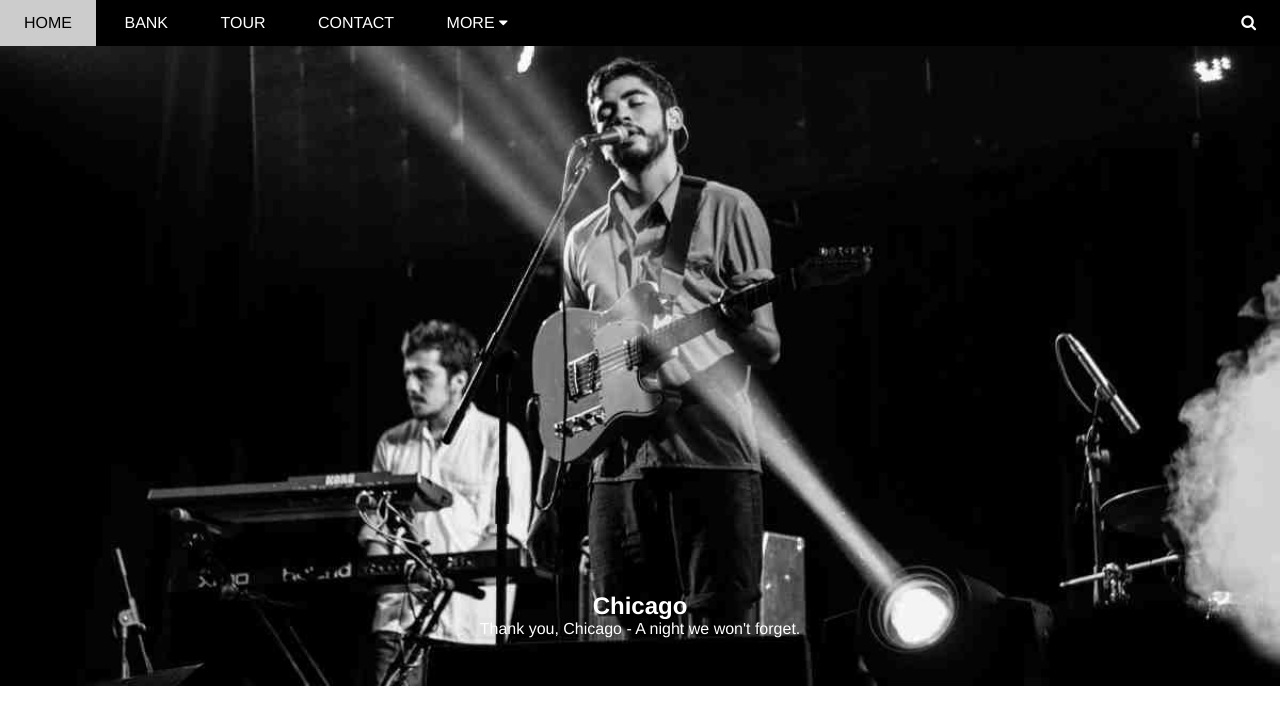
Repository: vuongtm1999/TheBand_W3School
Page: index.html
An editor plug-in stored every save of this project. The page is shown before and after the next save, followed by the edit.
The browser window is 1280 px wide. The pictures show the whole page.

Above is the page before, as saved 2022-08-25 10:58:19.

After the next save:
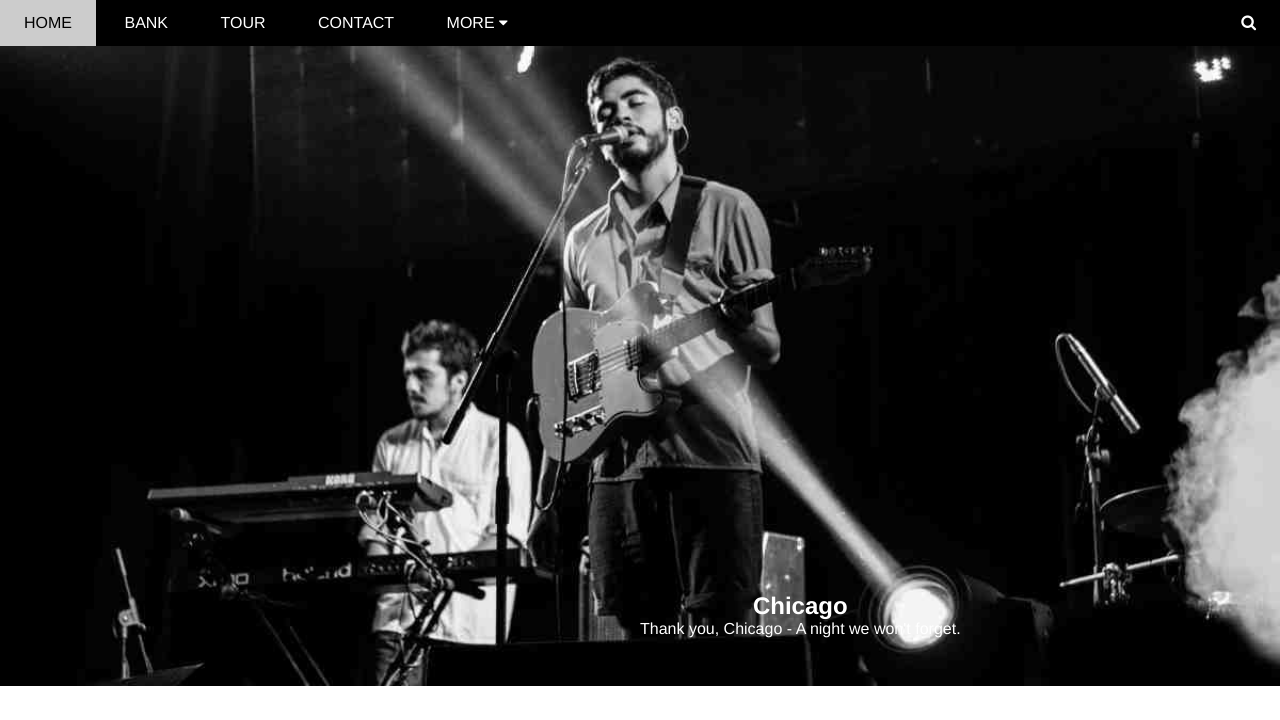
Saved 7 s later.
--- a/assets/css/style.css
+++ b/assets/css/style.css
@@ -122,7 +122,7 @@
     color: white;
     bottom: 48px;
     left: 50%;
-    transform: translateX(-50%);
+    /* transform: translateX(-50%); */
     text-align: center;
 }
 

After the save that followed:
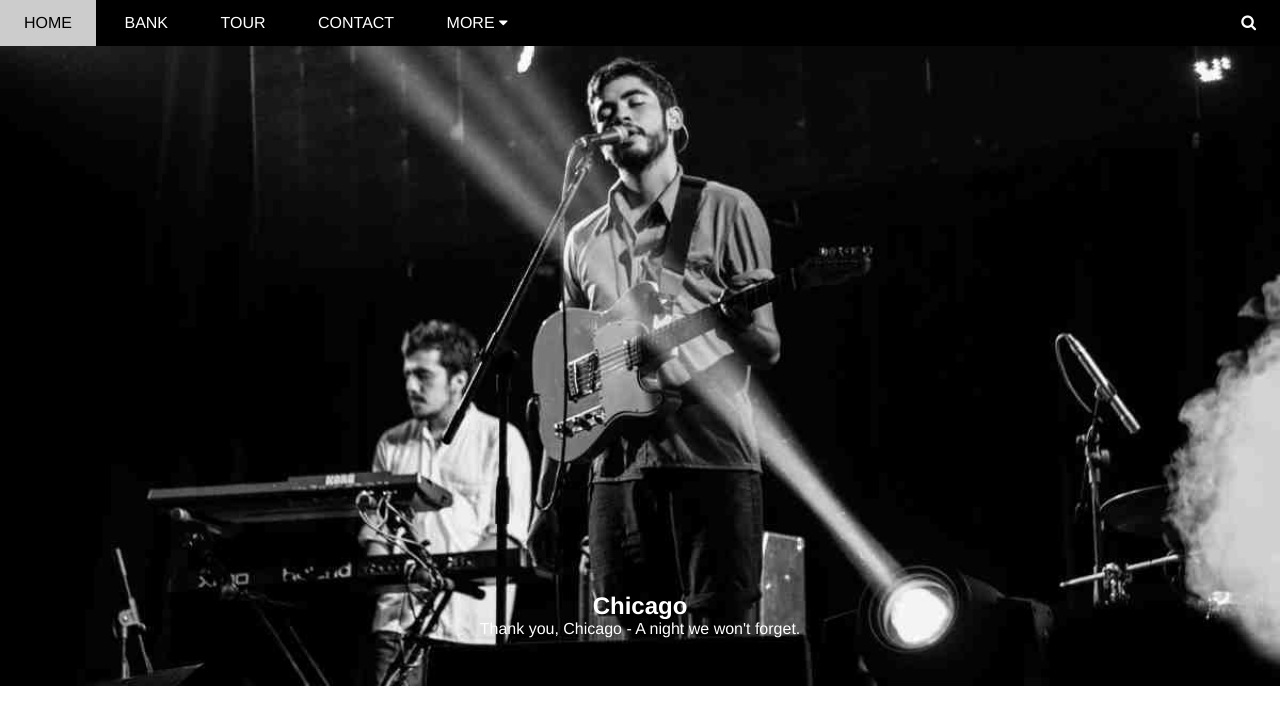
Saved 6 s later.
--- a/assets/css/style.css
+++ b/assets/css/style.css
@@ -122,7 +122,7 @@
     color: white;
     bottom: 48px;
     left: 50%;
-    /* transform: translateX(-50%); */
+    transform: translateX(-50%);
     text-align: center;
 }
 
